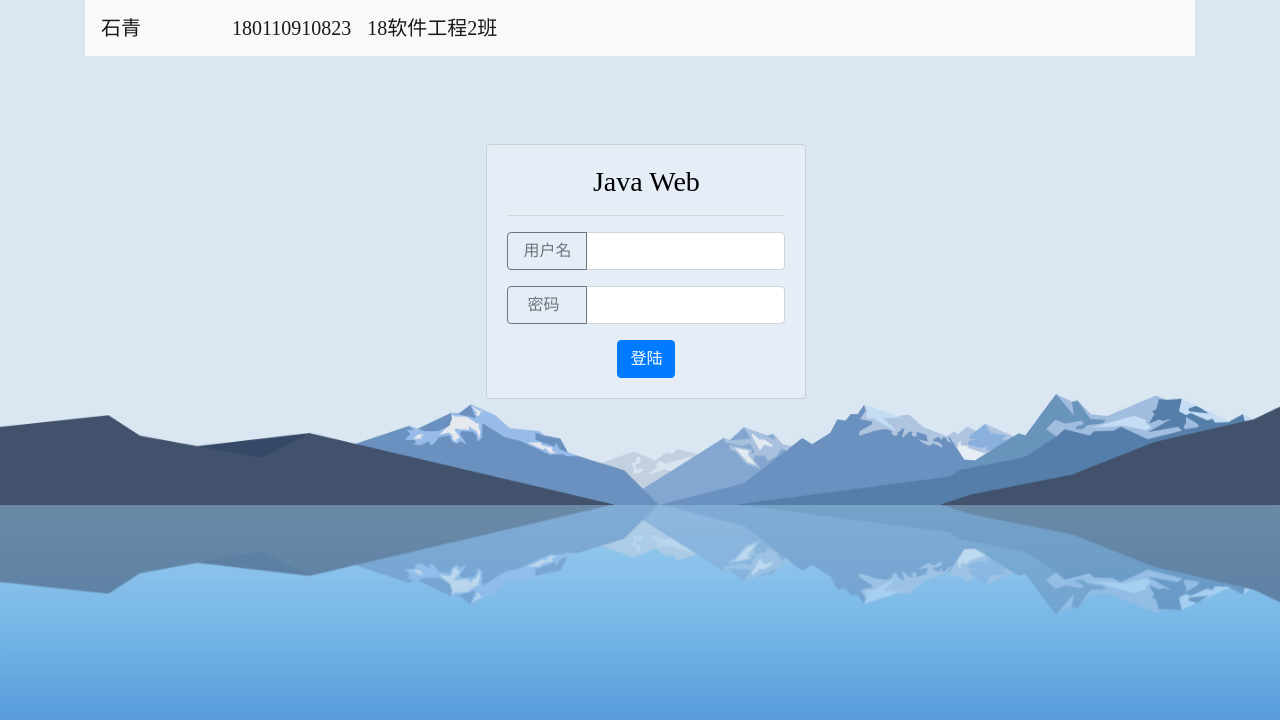
Repository: sqsssq/JavaWeb
Page: class1/IDEA/web/successful.html
These files come from the project's save history. The page is drawn as it stood at one moment and after the next save; the edit follows.
The browser window is 1280 px wide. The pictures show the whole page.

Above is the page before, as saved 2020-09-25 00:38:24.

After the next save:
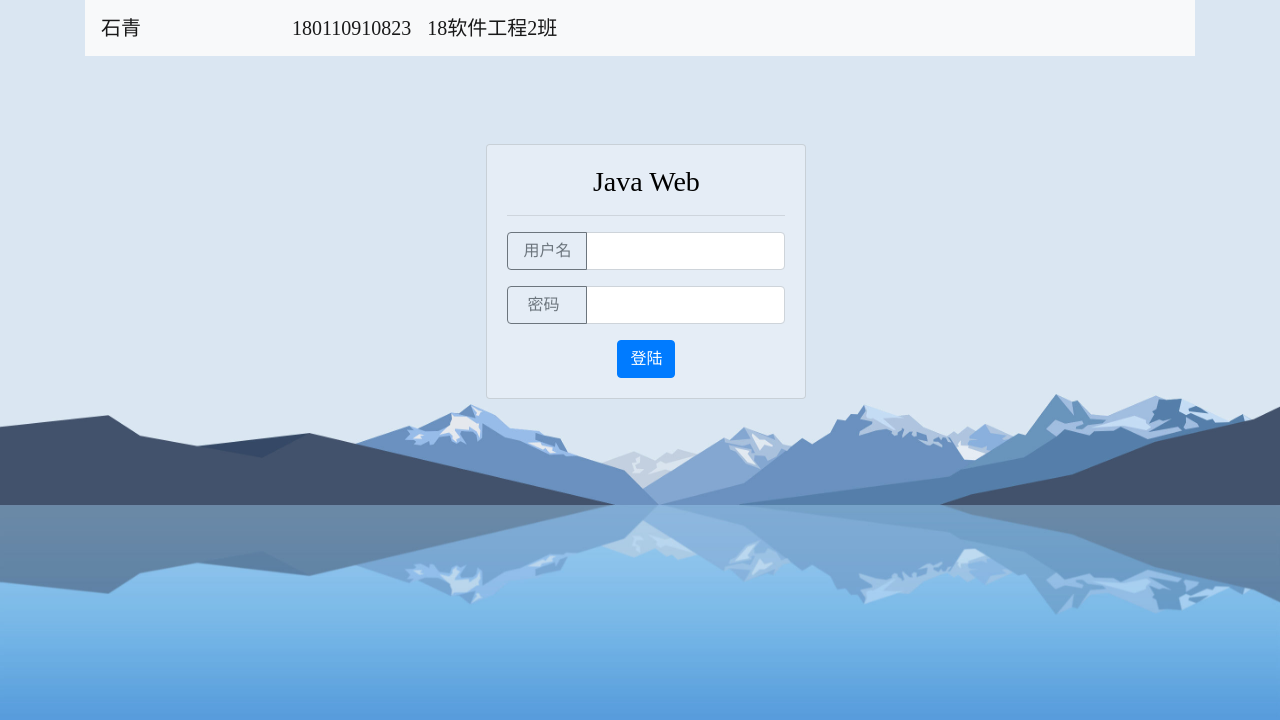
Saved 4 s later.
--- a/class1/IDEA/web/successful.html
+++ b/class1/IDEA/web/successful.html
@@ -33,7 +33,7 @@
 <body>
     <div class="container" style="font-family: 华文行楷;">
         <nav class="navbar navbar-expand-lg navbar-light bg-light">
-            <a class="navbar-brand" href="#">石青 &nbsp;&nbsp;&nbsp;&nbsp;&nbsp;&nbsp;&nbsp;&nbsp;&nbsp;&nbsp;&nbsp;&nbsp;&nbsp;&nbsp;</a>
+            <a class="navbar-brand" href="#">石青 &nbsp;&nbsp;&nbsp;&nbsp;&nbsp;&nbsp;&nbsp;&nbsp;&nbsp;&nbsp;&nbsp;&nbsp;&nbsp;&nbsp;&nbsp;&nbsp;&nbsp;&nbsp;&nbsp;&nbsp;&nbsp;&nbsp;&nbsp;&nbsp;&nbsp;&nbsp;</a>
             <a class="navbar-brand" href="#">180110910823</a>
             <a class="navbar-brand" href="#">18软件工程2班</a>
 
